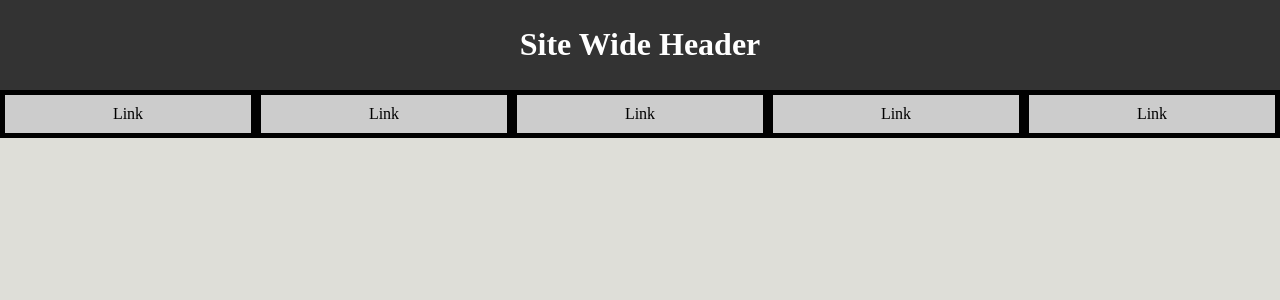
Repository: ayeza-baseer/AssignmentFlexbox
Page: assignment.html
The author's editor kept a copy of each file at every save. The page is drawn from the files as they stood at one save, then again after the next save.
The browser window is 1280 px wide. The pictures show the whole page.

Above is the page before, as saved 2023-03-17 13:54:09.

After the next save:
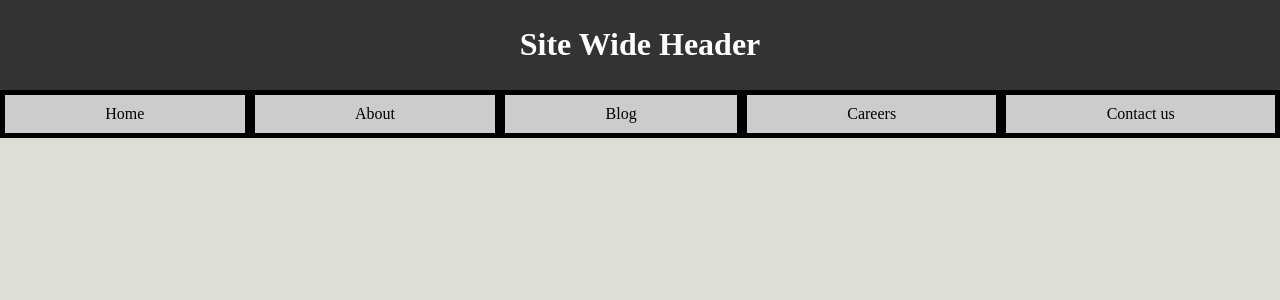
Saved 69 s later.
--- a/assignment.html
+++ b/assignment.html
@@ -12,11 +12,11 @@
         Site Wide Header
     </h1></header>
     <div class="navbar">
-        <a href="#">Link</a>
-        <a href="#">Link</a>
-        <a href="#">Link</a>
-        <a href="#">Link</a>
-        <a href="#">Link</a>
+        <a href="#">Home</a>
+        <a href="#">About</a>
+        <a href="#">Blog</a>
+        <a href="#">Careers</a>
+        <a href="#">Contact us</a>
       </div>
 
 
